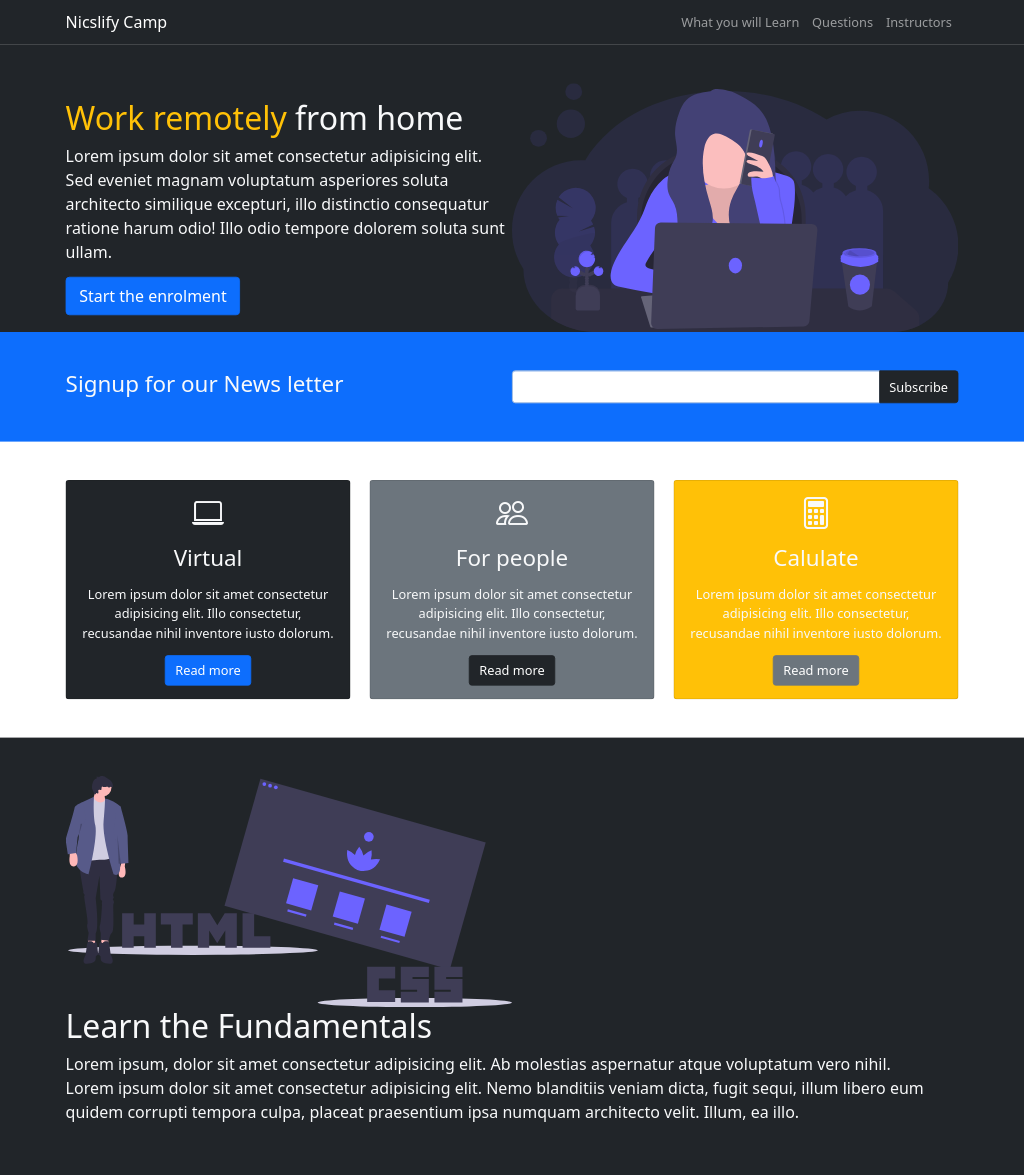
Repository: Eugene44-hub/enrollment-site
Page: index.html
An editor plug-in stored every save of this project. The page is shown before and after the next save, followed by the edit.
The browser window is 1280 px wide. The pictures show the whole page, at 80% of full size.
Some web libraries are served in a nearby version.

Above is the page before, as saved 2021-10-20 10:56:26.

After the next save:
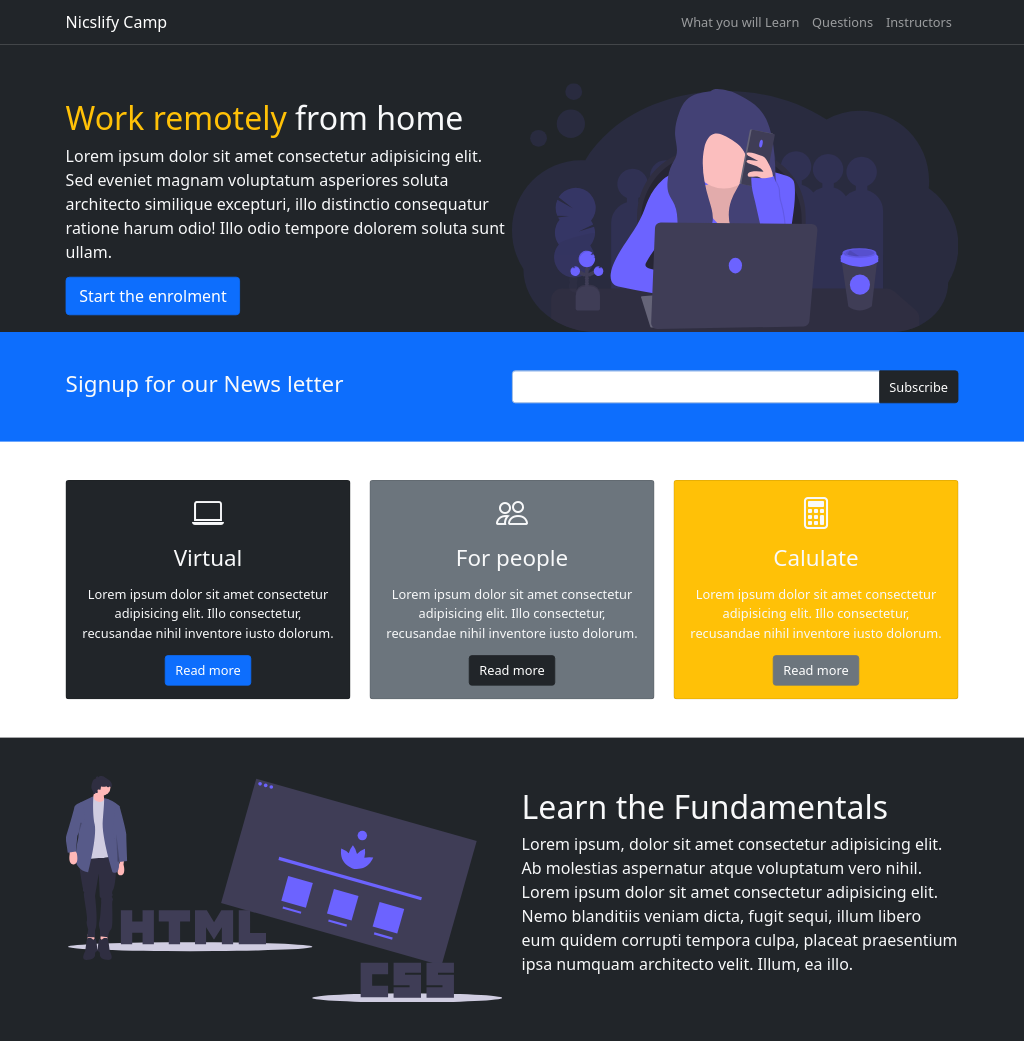
Saved 4 s later.
--- a/index.html
+++ b/index.html
@@ -121,22 +121,22 @@
         <div class="container">
             <div class="row align-items-center">
 
-                <div class="col-md m-auto">
-                    <img src=" frontend.svg " class="image-fluid w-50 ">
+
+                <img src=" frontend.svg " class="image-fluid w-50 ">
 
 
 
 
-                    <div class="col-md mt-5 mt-md-0 ">
-                        <h1>Learn the Fundamentals</h1>
-                        <p class="lead ">
-                            Lorem ipsum, dolor sit amet consectetur adipisicing elit. Ab molestias aspernatur atque voluptatum vero nihil. <br> Lorem ipsum dolor sit amet consectetur adipisicing elit. Nemo blanditiis veniam dicta, fugit sequi, illum libero
-                            eum quidem corrupti tempora culpa, placeat praesentium ipsa numquam architecto velit. Illum, ea illo.
-                        </p>
+                <div class="col-md mt-5 mt-md-0 ">
+                    <h1>Learn the Fundamentals</h1>
+                    <p class="lead ">
+                        Lorem ipsum, dolor sit amet consectetur adipisicing elit. Ab molestias aspernatur atque voluptatum vero nihil. <br> Lorem ipsum dolor sit amet consectetur adipisicing elit. Nemo blanditiis veniam dicta, fugit sequi, illum libero
+                        eum quidem corrupti tempora culpa, placeat praesentium ipsa numquam architecto velit. Illum, ea illo.
+                    </p>
 
-                    </div>
                 </div>
             </div>
+        </div>
     </section>
     <!-- learn section ends -->
 </body>
